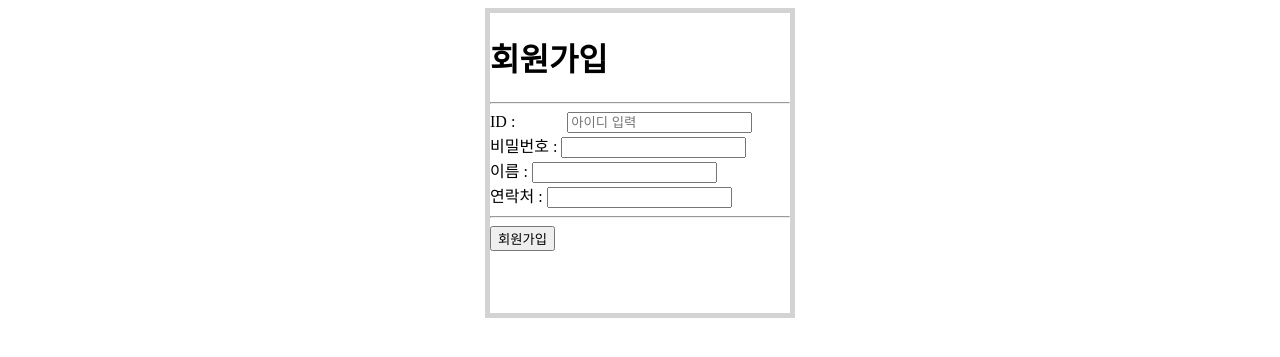
Repository: dychung1021/newrepository
Page: http://localhost/JSP05/
These files come from the project's save history. The page is drawn as it stood at one moment and after the next save; the edit follows.
The browser window is 1280 px wide. The pictures show the whole page.
The page is served by Tomcat 9.

Above is the page before, as saved 2024-05-10 04:46:08.

### JSP/JSP05/src/main/webapp/index.jsp
<%@ page language="java" contentType="text/html; charset=utf-8"
    pageEncoding="utf-8"%>
<!DOCTYPE html>
<html>
	<head>
		<meta charset="utf-8">
		<title>간단한 회원가입</title>
		<style>
			#wrap{
				width:300px;
				border:5px solid lightgray;
				height : 300px;
				margin : 0 auto;

				}
				input[name="id"]{
					margin-left:48px;
				}
		</style>
	</head>
	<body>
		<div id="wrap">
			<form method="get" action="main.jsp">
				<h1> 회원가입 </h1>
				<hr>
				ID : <input type="text" name="id" placeholder="아이디 입력"><br>
				비밀번호 : <input type="password" name="pw"><br>
				이름 : <input type="text" name="nm"><br>
				연락처 : <input type="text" name="phone"><br>
				<hr>
				<input type="submit" value="회원가입">

			</form>

		</div>
	</body>
</html>

After the next save:
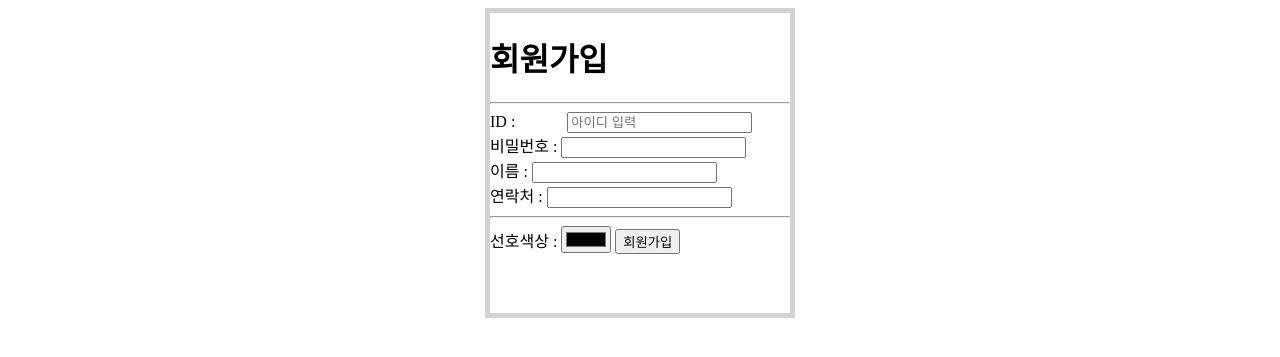
Saved 90 s later.
--- a/JSP/JSP05/src/main/webapp/index.jsp
+++ b/JSP/JSP05/src/main/webapp/index.jsp
@@ -28,6 +28,7 @@
 				이름 : <input type="text" name="nm"><br>
 				연락처 : <input type="text" name="phone"><br>
 				<hr>
+				선호색상 : <input type="color" name="c">
 				<input type="submit" value="회원가입">
 
 			</form>
